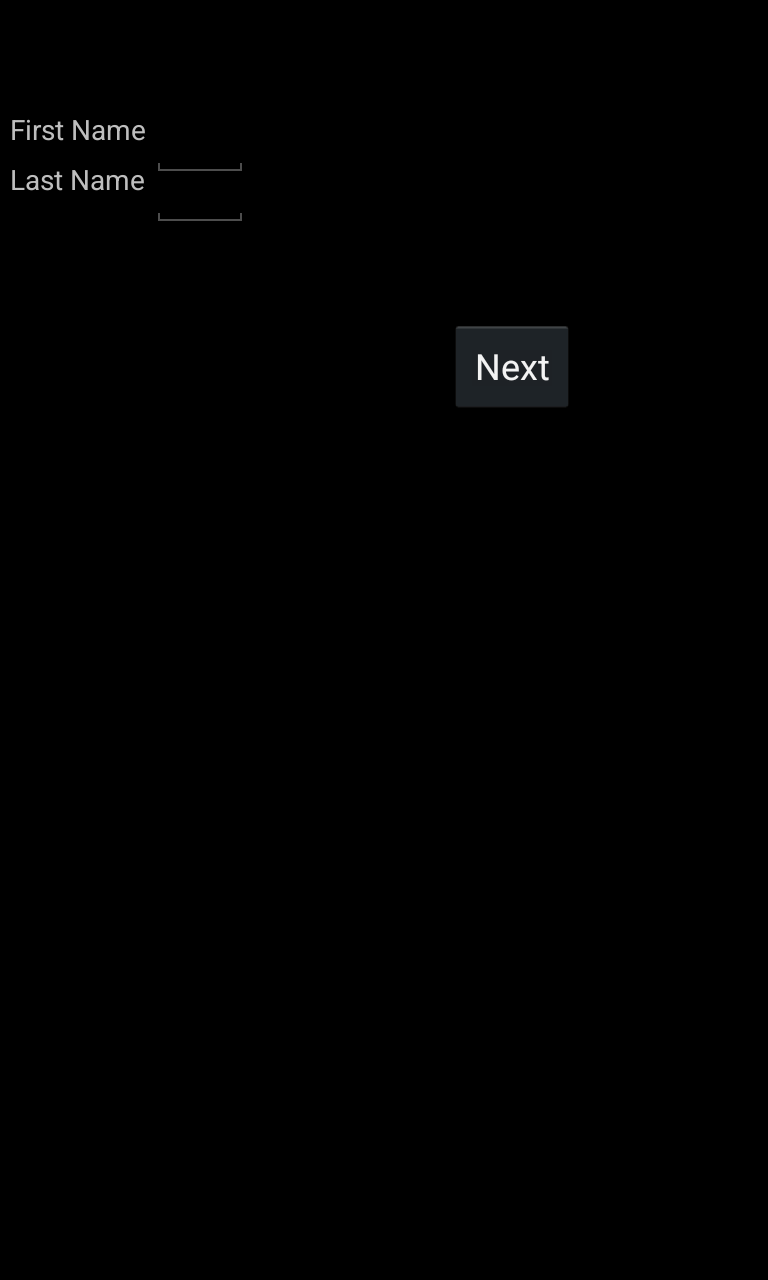
Repository: MobileAffairsLTD/AndroidDemos
Layout: 2.UI_Toast_Alert/res/layout/main.xml
An editor plug-in stored every save of this project. The layout is shown before and after the next save, followed by the edit.
It is drawn on a 768 x 1280 px phone screen (xhdpi) without system bars, with theme android:Theme.Holo; the app's code is not run.

Above is the layout before, as saved 2012-04-17 21:46:22.

### 2.UI_Toast_Alert/res/layout/main.xml
<AbsoluteLayout xmlns:android="http://schemas.android.com/apk/res/android"
	    android:layout_width="fill_parent"
	    android:layout_height="fill_parent">
	    <TextView
	    	android:layout_x="10px"
	    	android:layout_y="110px"
	    	android:text="First Name"
	    	android:layout_width="wrap_content"
	    	android:layout_height="wrap_content" />
	    <EditText
	    	android:layout_x="150px"
	    	android:layout_y="100px"
	    	android:width="100px"
	    	android:layout_width="wrap_content"
	    	android:layout_height="wrap_content" />
	    <TextView
	    	android:layout_x="10px"
	    	android:layout_y="160px"
	    	android:text="Last Name"
	    	android:layout_width="wrap_content"
	    	android:layout_height="wrap_content" />
	    	<EditText
	    	android:layout_x="150px"
	    	android:layout_y="150px"
	    	android:width="100px"
	    	android:layout_width="wrap_content"
	    	android:layout_height="wrap_content" />
	    	<Button
	    	    android:id="@+id/nextbutton"
	    	    android:layout_width="wrap_content"
	    	    android:layout_height="wrap_content"
	    	    android:layout_x="224dp"
	    	    android:layout_y="159dp"
	    	    android:text="Next" />
	</AbsoluteLayout>

After the next save:
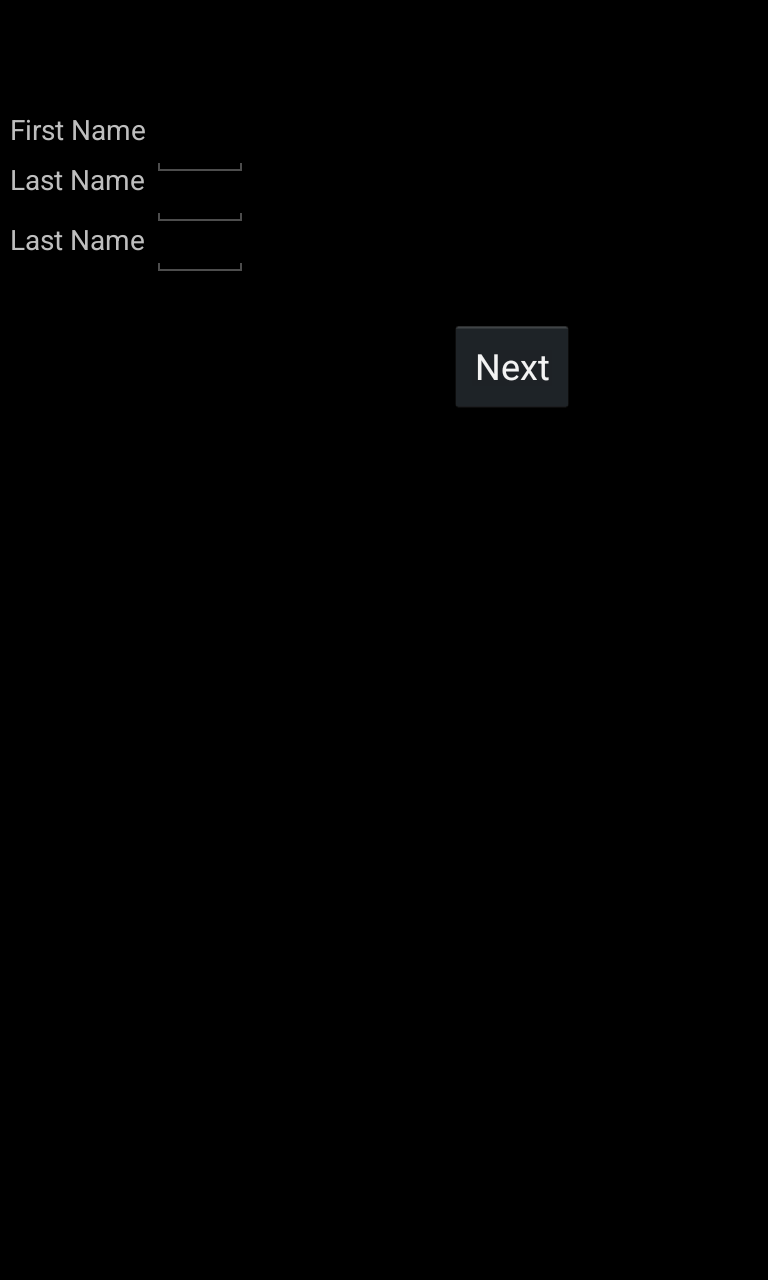
Saved 61 s later.
--- a/2.UI_Toast_Alert/res/layout/main.xml
+++ b/2.UI_Toast_Alert/res/layout/main.xml
@@ -25,6 +25,18 @@
 	    	android:width="100px"
 	    	android:layout_width="wrap_content"
 	    	android:layout_height="wrap_content" />
+	    	<TextView
+	    	android:layout_x="10px"
+	    	android:layout_y="220px"
+	    	android:text="Last Name"
+	    	android:layout_width="wrap_content"
+	    	android:layout_height="wrap_content" />
+	    	<EditText
+	    	android:layout_x="150px"
+	    	android:layout_y="200px"
+	    	android:width="100px"
+	    	android:layout_width="wrap_content"
+	    	android:layout_height="wrap_content" />
 	    	<Button
 	    	    android:id="@+id/nextbutton"
 	    	    android:layout_width="wrap_content"
